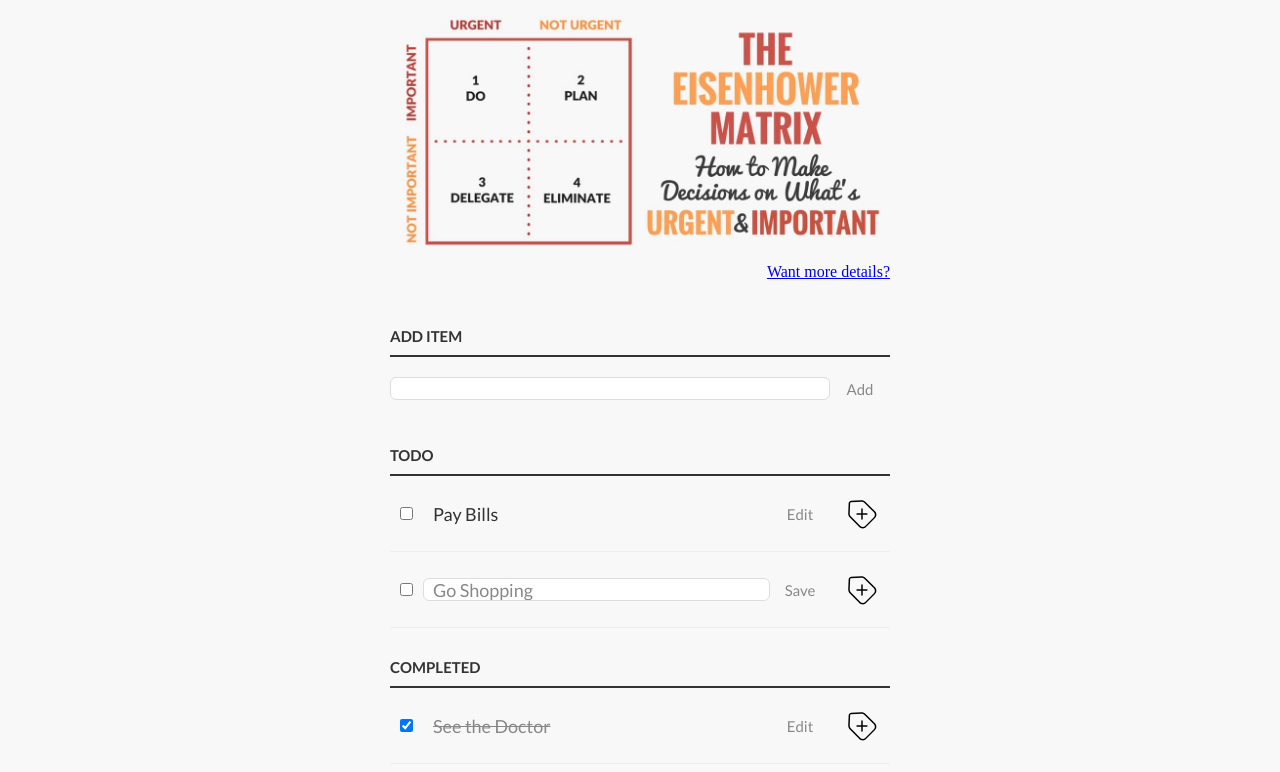
Repository: dev1siWoo/clean-code-s1e1
Page: index.html
The author's editor kept a copy of each file at every save. The page is drawn from the files as they stood at one save, then again after the next save.
The browser window is 1280 px wide. The pictures show the whole page.

Above is the page before, as saved 2024-01-08 22:17:38.

### index.html
<!DOCTYPE html>
<html>
    <head>
        <title>Todo App</title>
        <link
            href="https://fonts.googleapis.com/css?family=Lato:300,400,700"
            rel="stylesheet"
        >
        <link
            rel="stylesheet"
            href="style.css"
            media="screen"
            charset="utf-8"
        >
    </head>
    <body>
        <header class="aaa">
            <img src="./eisenhower-matrix.jpg">
            <a class="more-inf" href="https://goal-life.com/page/method/matrix-eisenhower">Want more details?</a>
        </header>
        <main class="centered-main-page-element">
            <p id="topSectionForAddingElementToList">
                <label for="new-task">Add Item</label>
                <div class="task-row-wrapper">
                    <input id="new-task"class="task" type="text">
                    <button>Add</button>
                </div>
            </p>
            <h3>Todo</h3>
            <ul id="incompleteTasks">
                <li>
                    <input type="checkbox">
                    <label class="task">Pay Bills</label>
                    <input type="text" class="task">
                    <button class="edit">Edit</button>
                    <button class="delete">
                        <img src="./remove.svg">
                    </button>
                </li>
                <li class="editMode">
                    <input type="checkbox">
                    <label class="task">Go Shopping</label>
                    <input type="text" value="Go Shopping" class="task">
                    <button class="edit">Save</button>
                    <button class="delete">
                        <img src="./remove.svg">
                    </button>
                </li>
            </ul>
            <h3>Completed</h3>
            <ul id="completed-tasks">
                <li>
                    <input type="checkbox" checked>
                    <label class="task">See the Doctor</label>
                    <input type="text" class="task">
                    <button class="edit">Edit</button>
                    <button class="delete">
                        <img src="./remove.svg">
                    </button>
                </li>
            </ul>
        </main>
        <script src="app.js"></script>
    </body>
</html>

### style.css
/* Basic Style */
body {
  background-color: #f8f8f8;
  color: #333;
  font-family: Lato, sans-serif;
}
.aaa {
  width: 500px;
  margin: 0 auto;
  display: block;
  text-align: right;
}
.aaa img {
  width: 100%;
}
.aaa .more-inf {
  font-family: fantasy, cursive;
}

@media (max-width: 768px) {
  .aaa {
    text-align: center;
  }
}
.centered-main-page-element {
  display: block;
  width: 500px;
  margin: 0 auto 0;
}
.task {
  width: 56%;
  display: inline-block;
  flex-grow: 1;
}
.task-row-wrapper {
  display: flex;
}
ul {
  margin: 0;
  padding: 0px;
}
li,
h3 {
  list-style: none;
}
input,
button{
  outline: none;
}
button {
  background: none;
  border: 0px;
  color: #888;
  font-size: 15px;
  width: 60px;
  font-family: Lato, sans-serif;
  cursor: pointer;
}
button:hover {
  color: #3a3A3a;
}
/* Heading */
h3,
label[for='new-task'] {
  color: #333;
  font-weight: 700;
  font-size: 15px;
  border-bottom: 2px solid #333;
  padding: 30px 0 10px;
  margin: 0;
  text-transform: uppercase;
}
input[type="text"] {
  margin: 0;
  font-size: 18px;
  line-height: 18px;
  height: 21px;
  padding: 0 9px;
  border: 1px solid #dDd;
  background: #FFF;
  border-radius: 6px;
  font-family: Lato, sans-serif;
  color: #888;
}
input[type="text"]:focus {
  color: #333;
}

/* New Task */
label[for='new-task'] {
  display: block;
  margin: 0 0 20px;
}
input#new-task {
  width: 318px;
}

/* Task list */
li {
  overflow: hidden;
  padding: 20px 0;
  border-bottom: 1px solid #eee;
  display: flex;
  justify-content: space-between;
  align-items: center;
}
li > * {
  vertical-align: middle;
}

li > input[type="checkbox"] {
  margin: 0 10px;
}
li > label {
  padding-left: 10px;
  box-sizing: border-box;
  font-size: 18px;
  width: 226px;
}
li >    input[type="text"] {
  width: 226px;
}
button.delete img {
  height: 2em;
  transform: rotateZ(45deg);
  transition: transform 200ms ease-in;
}
button.delete img:hover {
  transform: rotateZ(0);
}

/* Completed */
ul#completed-tasks label {
  text-decoration: line-through;
  color: #888;
}

/* Edit Task */
ul li input[type=text] {
  display: none;
}

ul li.editMode input[type=text] {
  display: inline-block;
  width: 224px;
}

ul li.editMode label {
  display: none;
}

### app.js
//Document is the DOM can be accessed in the console with document.window.
// Tree is from the top, html, body, p etc.

//Problem: User interaction does not provide the correct results.
//Solution: Add interactivity so the user can manage daily tasks.
//Break things down into smaller steps and take each step at a time.


// Event handling, user interaction is what starts the code execution.

var taskInput=document.getElementById("new-task");//Add a new task.
var addButton=document.getElementsByTagName("button")[0];//first button
var incompleteTaskHolder=document.getElementById("incompleteTasks");//ul of #incompleteTasks
var completedTasksHolder=document.getElementById("completed-tasks");//completed-tasks


//New task list item
var createNewTaskElement=function(taskString){

    var listItem=document.createElement("li");

    //input (checkbox)
    var checkBox=document.createElement("input");//checkbx
    //label
    var label=document.createElement("label");//label
    //input (text)
    var editInput=document.createElement("input");//text
    //button.edit
    var editButton=document.createElement("button");//edit button

    //button.delete
    var deleteButton=document.createElement("button");//delete button
    var deleteButtonImg=document.createElement("img");//delete button image

    label.innerText=taskString;
    label.className='task';

    //Each elements, needs appending
    checkBox.type="checkbox";
    editInput.type="text";
    editInput.className="task";

    editButton.innerText="Edit"; //innerText encodes special characters, HTML does not.
    editButton.className="edit";

    deleteButton.className="delete";
    deleteButtonImg.src='./remove.svg';
    deleteButton.appendChild(deleteButtonImg);


    //and appending.
    listItem.appendChild(checkBox);
    listItem.appendChild(label);
    listItem.appendChild(editInput);
    listItem.appendChild(editButton);
    listItem.appendChild(deleteButton);
    return listItem;
}



var addTask=function(){
    console.log("Add Task...");
    //Create a new list item with the text from the #new-task:
    if (!taskInput.value) return;
    var listItem=createNewTaskElement(taskInput.value);

    //Append listItem to incompleteTaskHolder
    incompleteTaskHolder.appendChild(listItem);
    bindTaskEvents(listItem, taskCompleted);

    taskInput.value="";

}

//Edit an existing task.

var editTask=function(){
    console.log("Edit Task...");
    console.log("Change 'edit' to 'save'");


    var listItem=this.parentNode;

    var editInput=listItem.querySelector('input[type=text]');
    var label=listItem.querySelector("label");
    var editBtn=listItem.querySelector(".edit");
    var containsClass=listItem.classList.contains("editMode");
    //If class of the parent is .editmode
    if(containsClass){

        //switch to .editmode
        //label becomes the inputs value.
        label.innerText=editInput.value;
        editBtn.innerText="Edit";
    }else{
        editInput.value=label.innerText;
        editBtn.innerText="Save";
    }

    //toggle .editmode on the parent.
    listItem.classList.toggle("editMode");
};


//Delete task.
var deleteTask=function(){
    console.log("Delete Task...");

    var listItem=this.parentNode;
    var ul=listItem.parentNode;
    //Remove the parent list item from the ul.
    ul.removeChild(listItem);

}


//Mark task completed
var taskCompleted=function(){
    console.log("Complete Task...");

    //Append the task list item to the #completed-tasks
    var listItem=this.parentNode;
    completedTasksHolder.appendChild(listItem);
    bindTaskEvents(listItem, taskIncomplete);

}


var taskIncomplete=function(){
    console.log("Incomplete Task...");
//Mark task as incomplete.
    //When the checkbox is unchecked
    //Append the task list item to the #incompleteTasks.
    var listItem=this.parentNode;
    incompleteTaskHolder.appendChild(listItem);
    bindTaskEvents(listItem,taskCompleted);
}



var ajaxRequest=function(){
    console.log("AJAX Request");
}

//The glue to hold it all together.


//Set the click handler to the addTask function.
addButton.onclick=addTask;
addButton.addEventListener("click",addTask);
addButton.addEventListener("click",ajaxRequest);


var bindTaskEvents=function(taskListItem,checkBoxEventHandler){
    console.log("bind list item events");
//select ListItems children
    var checkBox=taskListItem.querySelector("input[type=checkbox]");
    var editButton=taskListItem.querySelector("button.edit");
    var deleteButton=taskListItem.querySelector("button.delete");


    //Bind editTask to edit button.
    editButton.onclick=editTask;
    //Bind deleteTask to delete button.
    deleteButton.onclick=deleteTask;
    //Bind taskCompleted to checkBoxEventHandler.
    checkBox.onchange=checkBoxEventHandler;
}

//cycle over incompleteTaskHolder ul list items
//for each list item
for (var i=0; i<incompleteTaskHolder.children.length;i++){

    //bind events to list items chldren(tasksCompleted)
    bindTaskEvents(incompleteTaskHolder.children[i],taskCompleted);
}




//cycle over completedTasksHolder ul list items
for (var i=0; i<completedTasksHolder.children.length;i++){
    //bind events to list items chldren(tasksIncompleted)
    bindTaskEvents(completedTasksHolder.children[i],taskIncomplete);
}




// Issues with usability don't get seen until they are in front of a human tester.

//prevent creation of empty tasks.

//Change edit to save when you are in edit mode.

After the next save:
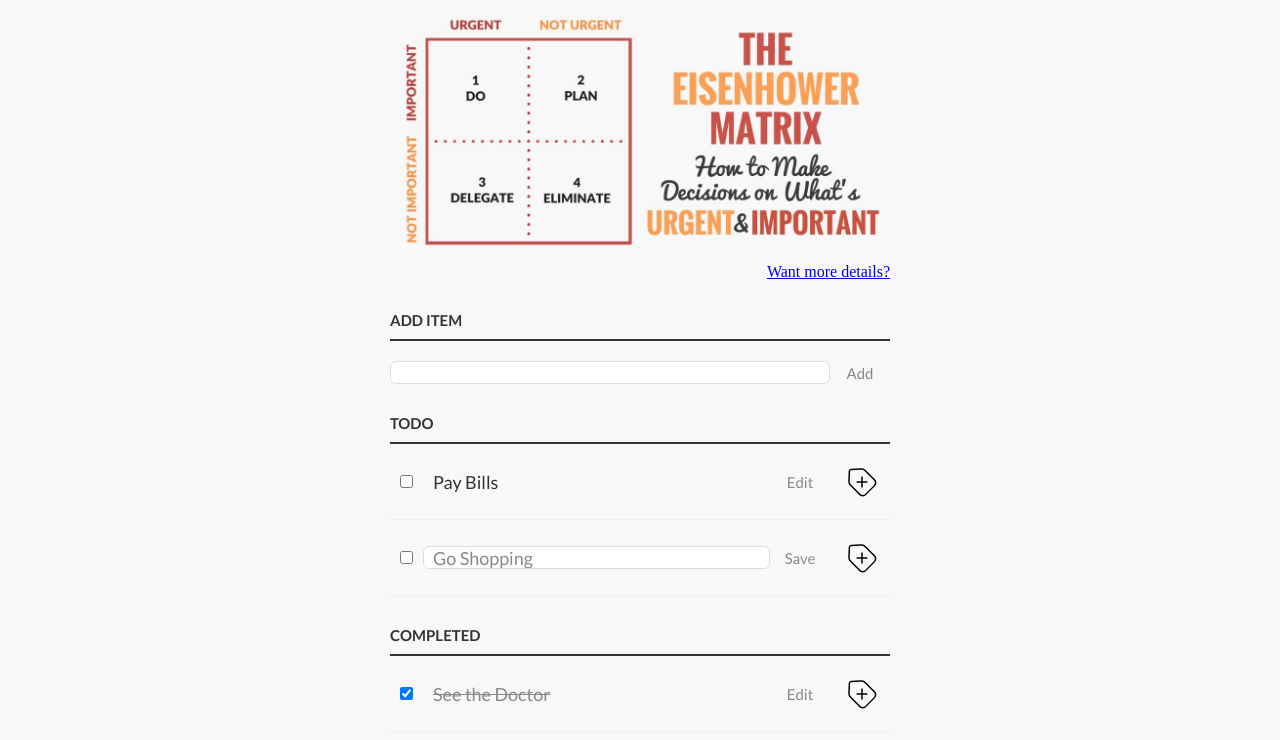
Saved 10 s later.
--- a/index.html
+++ b/index.html
@@ -19,13 +19,13 @@
             <a class="more-inf" href="https://goal-life.com/page/method/matrix-eisenhower">Want more details?</a>
         </header>
         <main class="centered-main-page-element">
-            <p id="topSectionForAddingElementToList">
+            <section id="topSectionForAddingElementToList">
                 <label for="new-task">Add Item</label>
                 <div class="task-row-wrapper">
                     <input id="new-task"class="task" type="text">
                     <button>Add</button>
                 </div>
-            </p>
+            </section>
             <h3>Todo</h3>
             <ul id="incompleteTasks">
                 <li>
